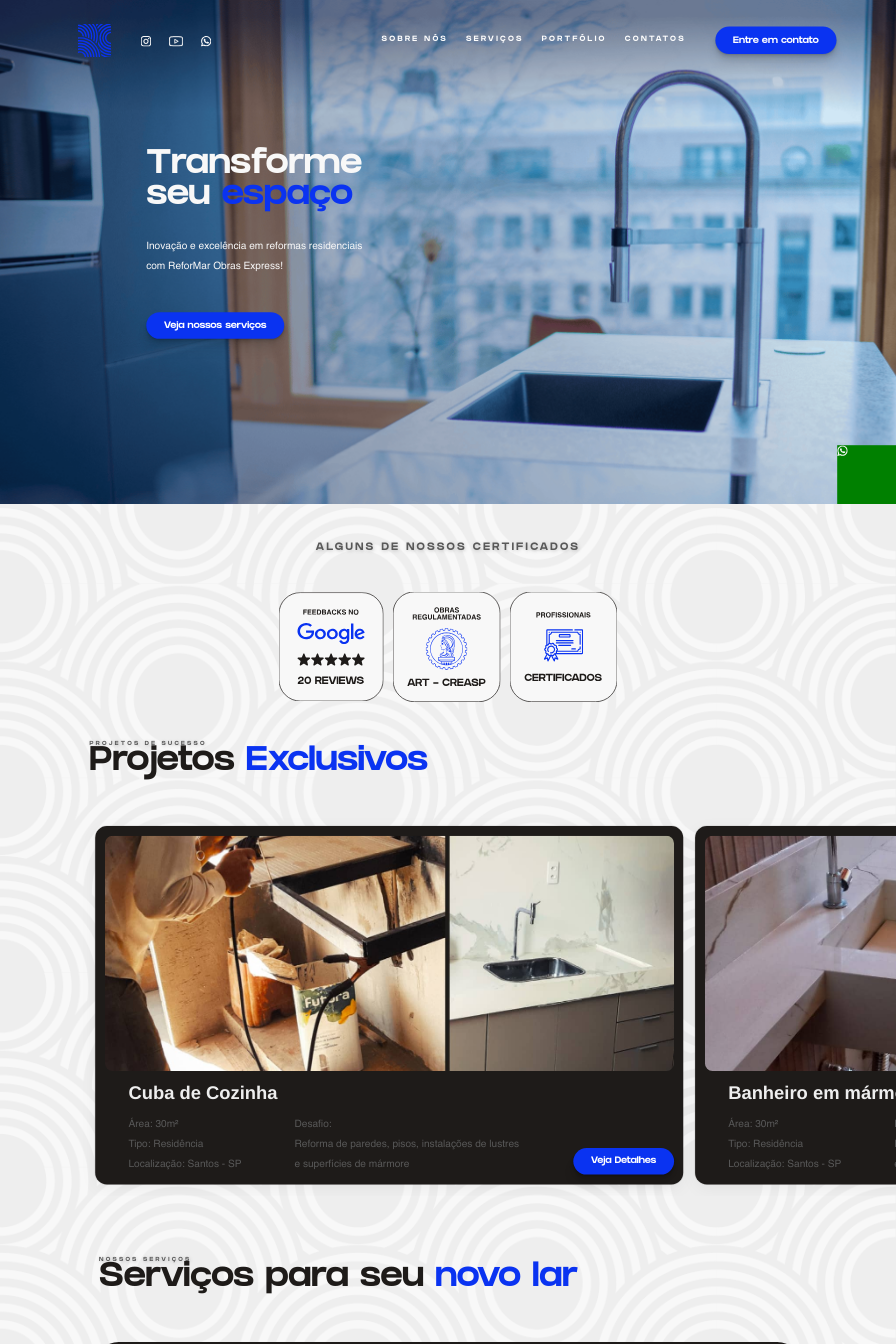
Repository: lucastdcs/ReforMar
Page: /
An editor plug-in stored every save of this project. The page is shown before and after the next save, followed by the edit.
The browser window is 1280 px wide. The pictures show the part of the page from y = 0 to 1920 px (the page is 9722 px tall), at 70% of full size.
Backgrounds fixed to the window are drawn as part of the page. The project was rebuilt for these pictures with package versions that can differ from the ones it lists, and the page was loaded fresh each time. Also part of the build but not shown: vite.config.js, src/Components/EmailPopUp/EmailPopUp.styled.js, src/Components/EmailPopUp/EmailPopUp.jsx, src/Components/Carrousel/Carousel.styled.js, src/Components/Carrousel/Carousel.jsx, src/Components/ServicesCardImg/ServicesCardImg.styled.js, src/Components/ServicesCardImg/ServicesCardImg.jsx, src/Pages/Servicos.jsx and 4 more.

Above is the page before, as saved 2025-01-03 23:50:22.

### index.html
<!doctype html>
<html lang="pt-br">

<head>
  <meta charset="UTF-8" />
  <meta name="viewport" content="width=device-width, initial-scale=1.0" />

  <!-- Favicon -->
  <link rel="icon" href="/Favicon.svg" type="image/svg+xml">
  <link rel="shortcut icon" href="/Favicon.svg" type="image/svg+xml">

  <!-- SEO Meta Tags -->
  <meta name="description"
    content="A ReforMar - Obras Express oferece serviços rápidos e eficientes de reforma e construção. Confie em nossa equipe especializada para transformar seu espaço com qualidade e agilidade.">
  <meta name="keywords"
    content="reforma, construção, obras express, reforma residencial, reforma comercial, reformas rápidas, qualidade, agilidade, ReforMar">
  <meta name="author" content="ReforMar - Obras Express">

  <!-- Open Graph Meta Tags -->
  <meta property="og:title" content="ReforMar - Reformas e Construções Rápidas">
  <meta property="og:description"
    content="A ReforMar - Obras Express oferece serviços rápidos e eficientes de reforma e construção. Confie em nossa equipe especializada para transformar seu espaço com qualidade e agilidade.">
  <meta property="og:image" content="https://reformarobrasexpress.com.br/assets/image1-Bzcdwp6d.jpg">
  <meta property="og:url" content="https://reformarobrasexpress.com.br">
  <meta property="og:type" content="website">
  <meta property="og:locale" content="pt_BR">

  <!-- Twitter Meta Tags -->
  <meta name="twitter:card" content="summary_large_image">
  <meta name="twitter:title" content="ReforMar - Reformas e Construções Rápidas">
  <meta name="twitter:description"
    content="A ReforMar - Obras Express oferece serviços rápidos e eficientes de reforma e construção. Confie em nossa equipe especializada para transformar seu espaço com qualidade e agilidade.">
  <meta name="twitter:image" content="https://reformarobrasexpress.com.br/assets/image1-Bzcdwp6d.jpg">

  <meta property="og:title" content="Reformar Obras Express">
  <meta property="og:description" content="Serviços rápidos de reforma e construção.">
  <meta property="og:image" content="https://reformarobrasexpress.com.br/assets/image1-Bzcdwp6d.jpg">
  <meta property="og:url" content="https://reformarobrasexpress.com.br/">
  <meta property="og:type" content="website">

  <!-- Title -->
  <title>ReforMar - Reformas e Construções Rápidas</title>

</head>

<body>
  <div id="root"></div>
  <div id="portal"></div>
  <script type="module" src="/src/main.jsx"></script>
</body>

</html>

### src/index.css
@import './assets/styles/base/fonts.css';
@import './assets/styles/base/variables.css';

:root {

  color: rgb(248, 248, 248);
  background-color: var(--off-white);


  font-synthesis: none;
  text-rendering: optimizeLegibility;
  -webkit-font-smoothing: antialiased;
  -moz-osx-font-smoothing: grayscale;
}

*,
*::before,
*::after {
  box-sizing: border-box;
  margin: 0;
  padding: 0;
}

html {
  font-size: 52.5%;
  scroll-behavior: smooth;
}

body {
  overflow-x: hidden;
  display: flex;
  justify-content: center;
  align-items: center;
  margin: 0;
  padding: 0;
  width: 100vw;
  background-image: url("./assets/imgs/Grafismo.png");
  background-repeat: repeat-y;
  background-attachment: fixed;
  background-size: contain;
}


::-webkit-scrollbar {
  width: 1.5rem;
  height: 1.5rem;
}

::-webkit-scrollbar-track {
  background: var(--sb-track-color);
  border-radius: 10px;
}

::-webkit-scrollbar-thumb {
  background: var(--sb-thumb-color);
  border-radius: 10px;
}

/* Estilizando a barra de rolagem para navegadores que não suportam WebKit */
@supports not selector(::-webkit-scrollbar) {
  body {
    scrollbar-color: var(--sb-thumb-color) var(--sb-track-color);
  }
}

.slide-in {
  position: fixed;
  top: 0;
  left: 0;
  width: 100%;
  height: 100vh;
  background-color: red;



  transform-origin: bottom;
}

.slide-out {
  position: fixed;
  top: 0;
  left: 0;
  width: 100%;
  height: 100vh;
  background-color: red;
  transform-origin: top;
}

.project_title {
  margin: 0 0.5rem;
}

### src/Components/Footer/Footer.jsx
import React from "react";
import { StyledContainer, Legal } from "./Footer.styled";
import instagram from "../../assets/icons/instagram.svg";
import whatsapp from "../../assets/icons/whatsapp.svg";
import youtube from "../../assets/icons/youtube.svg";
import logo from "../../assets/icons/logo-simbolo.svg";
import { Text } from "../../assets/styles/typography.styled";

const Footer = () => {
  return (
    <>
      <StyledContainer>
        <div className="wrapper">
          <div className="socials_wrapper">
            <span>
              <a href="https://www.instagram.com/reformarobras/">
                <img src={instagram} alt="Logo do Instagram" />
              </a>
              <a href="https://www.youtube.com/@reformarobrasexpress">
                <img src={youtube} alt="Logo do Youtube" />
              </a>
              <a href="">
                <img src={whatsapp} alt="Logo do Whatsapp" />
              </a>
            </span>
            <img src={logo} alt="" />
          </div>
          <ul>
            <li className="list_title">
              <Text>Empresa</Text>
            </li>
            <li>
              <a href="/sobreNos">
                <Text>Sobre Nós</Text>
              </a>
            </li>
            <li>
              <a href="/servicos">
                <Text>Serviços</Text>
              </a>
            </li>
            <li>
              <a href="/contato">
                <Text>Contatos</Text>
              </a>
            </li>
          </ul>
          <ul>
            <li className="list_title">
              <Text>Legal</Text>
            </li>
            <li>
              <Text>Política e Privacidade</Text>
            </li>
            <li>
              <Text>Termos de uso</Text>
            </li>
          </ul>
          <ul>
            <li className="list_title">
              <Text>Contatos</Text>
            </li>
            <li>
              <Text>atendimento@reformarobrasexpress.com.br</Text>
            </li>
            <li>
              <Text>(11) 93961-2000</Text>
            </li>
            <li>
              <Text>(13) 98220-2000</Text>
            </li>
            <li>
              <Text>São Paulo - SP</Text>
            </li>
            <li>
              <Text>São Vicente - SP</Text>
            </li>
          </ul>
        </div>
      </StyledContainer>
      <Legal>
        <Text>© 2024 ReforMar Obras Express. All rights reserved.</Text>
      </Legal>
    </>
  );
};

export default Footer;

### src/Components/WhatsappButton/WhatsappButton.jsx
import React from 'react';
import whatsappIcon from '../../assets/icons/whatsapp.svg';
import styled from 'styled-components';

export const WhatsappButton = () => {
  const WhatsappMainBtn = styled.a`
      width: 10rem;
      height: 10rem;
      position: absolute;
      right: 0;
      bottom: 0;
      background-color: green;

      img {
        object-fit: cover      }
  `
  return (
    <div>
        <WhatsappMainBtn href="https://wa.me/5511939612000">
            <img src={whatsappIcon} alt="Ícone do WhatsApp"/>
        </WhatsappMainBtn>
    </div>
  )
}

### src/assets/styles/base/fonts.css
@import './variables.css';

@font-face {
    font-family: 'Grifter';
    src: url('../../fonts/GRIFTERBold.woff2') format('woff2');
    font-weight: bold;
    font-style: normal;
    font-display: swap;
  }

@font-face {
    font-family: 'Helvetica';
    src: url('../../fonts/Helvetica.woff2') format('woff2');
    font-weight: normal;
    font-style: normal;
    font-display: swap;
  }

### src/assets/styles/base/variables.css
@import './fonts.css';

:root {
  /* Cores */
  --color-primary: #0590FA;
  --color-secondary: #0567F8;
  --color-tertiary: rgb(10, 51, 241);
  --color-error: #F85C5C;
  --off-white: #EEEEEE;
  --grey1: #B5B5B5;
  --grey: #585858;
  --grey-shadow: rgb(88, 88, 88, 0.3);
  --black: rgb(30, 27, 25);
    /* Fontes */
    --font-family-grifter: 'Grifter', sans-serif;
  --font-family-helvetica: 'Helvetica', sans-serif;

  /* scroll bar */

  --sb-track-color: #B5B5B5;
  --sb-thumb-color: #0a33f1;
  --sb-size: 12px;


  /* Tamanhos de Fonte */
  --font-size-h1: 16rem;
  --font-size-h2: 10rem;
  --font-size-h3: 5rem;
  --font-size-h4: 4.5rem;
  --font-size-h5: 4rem;
  --font-size-h6: 2rem;
  --font-size-h7: 1.8rem;
  --font-size-label15: 1.5rem;
  --font-size-label10: 1rem;

  /* Tamanhos de Fonte Mobile */
  --font-size-mh1: 8rem;
  --font-size-mh2: 5rem;
  --font-size-mh3: 2.6rem;
  --font-size-mh4: 2.2rem;
  --font-size-mh5: 2rem;
  --font-size-mh6: 1.8rem;
  --font-size-mh7: 2rem;
  --font-size-mp: 1.6rem;
  --font-size-mlabel1: 1rem;
  --font-size-mlabel2: 0.8rem;
  --font-size-mbutton: 1.2rem;

  /* Espaçamentos */
  --spacing-200: 200%;
  --spacing-160: 160%;
  --spacing-100: 100%;
  --spacing-90: 90%;

}

### src/Components/Button/Button.jsx
import React from "react";
import StyledButton from "./Button.styled.js";
import {useNavigate} from 'react-router-dom'

const Button = (props) => {

  const navigate = useNavigate();

  const handleClick = () => {
    if (props.onClick) {
      props.onClick();
    } else if (props.destino) {
      navigate(`/${props.destino}`)
      window.scrollTo(0, 0);
    }
  }

  // const redirect = () => {
  //   navigate(`${'/' + props.destino}`);
  // };

  return (
    <StyledButton
      whileHover={{ scale: 0.95 }}
      transition={{ type: "spring", stiffness: 400, damping: 10 }}
      whileTap={{ scale: 1 }}
      id="btn_contact"
      className={props.className}
      variantType={props.variantType}
      type={props.type}
      onClick={handleClick}
    >
      {props.texto}
    </StyledButton>
  );
};

export default Button;

### src/Components/Titles/Titles.jsx
import React from "react";
import { LabelTitle } from "../../assets/styles/typography.styled.js";
import { H2 } from "../../assets/styles/typography.styled.js";


const Titles = (props) => {

  return (
    <>
      <LabelTitle  className="project_title small">{props.text_label}</LabelTitle>
      <H2 className="project_title big">{props.text_title} <span>{props.text_span}</span></H2>
    </>
  );
};

export default Titles;

### src/Components/Card/Card.jsx
import React, { useState, useEffect, lazy, Suspense } from "react";

const LazyOverlay = lazy(() => import("../ProjectsOverlay/ProjectsOverlay"));

import { StyledCard } from "./Card.styled";
import Button from "../Button/Button";
import { H5 } from "../../assets/styles/typography.styled";
import { Text } from "../../assets/styles/typography.styled";

const Card = (props) => {

  const [showOverlay, setShowOverlay] = useState(false);
  const toggleOverlay = () => {
    setShowOverlay(!showOverlay);
    console.log("toggle ativado");
  };

  useEffect(() => {
    if (showOverlay) {
      document.body.style.overflow = 'hidden';
    } else {
      document.body.style.overflow = '';
    }
    return () => {
      document.body.style.overflow = '';
    };
  }, [showOverlay]);

  return (
    <div>
      <StyledCard className={props.className}>
        <img src={props.img} alt="" />

        <div className="card_wrapper">
          <H5 className="title">{props.title}</H5>
          <Text className="text1">
            Área: {props.area} <br />
            Tipo: {props.type} <br />
            Localização: {props.location}
            <br />
          </Text>
          <Text className="text2">
            Desafio: <br />
            {props.description}
          </Text>
          <Button
            texto="Veja Detalhes"
            className="btn"
            onClick={props.overlay ? toggleOverlay : null}
            destino={!props.overlay ? props.destino : null}
          />
        </div>
      </StyledCard>
      {showOverlay && <Suspense><LazyOverlay {...props} onClick={toggleOverlay} images={props.images} rating={props.rating}/></Suspense>}
    </div>
  );
};

export default Card;

### src/Components/ServicesCard/ServicesCard.jsx
import React from "react";
import { StyledServicesCard } from "./ServicesCard.styled";
import Button from "../Button/Button";
import { H4 } from "../../assets/styles/typography.styled";
import { Text } from "../../assets/styles/typography.styled";

const ServicesCard = (props) => {
  return (
    <>
      <StyledServicesCard>
        <span>
          <img src={props.icon} />
        </span>

        <H4>{props.title}</H4>
        <Text>{props.text}</Text>
        <div>
          <Button texto="Entre em contato" variantType="outline" destino="contato" />
          <Button texto="Veja nosso portfólio" destino="portfolio"/>
        </div>
      </StyledServicesCard>
    </>
  );
};

export default ServicesCard;

### src/Components/Badges/Badges.jsx
import React from "react";
import StyledContainer from "./Badges.styled";
import certificadosBadge from "../../assets/badges/Badge (2).svg";
import googleBadge from "../../assets/badges/certificados.svg";
import creaspBadge from "../../assets/badges/creasp.svg";

const Badges = (props) => {
  return (
    <>
      <StyledContainer className={props.className}>
        <figure>
          {" "}
          <img src={googleBadge} alt="" draggable="false"/>
        </figure>
        <figure>
          <img src={creaspBadge} alt="" draggable="false"/>
        </figure>
        <figure>
          <img src={certificadosBadge} alt="" draggable="false"/>
        </figure>
      </StyledContainer>
    </>
  );
};

export default Badges;

### src/Components/MotionCarousel/MotionCarousel.jsx
import React, { useRef, useState, useEffect } from "react";
import { StyledCarouselNew, Inner, Item } from "./MotionCarousel.styled";
import { filterProps } from "framer-motion";

const CarouselNew = ({ children, className }) => {
  const carousel = useRef();
  const [width, setWidth] = useState(0);

  const updateWidth = () => {
    if (carousel.current) {
      const scrollWidth = carousel.current.scrollWidth;
      const offsetWidth = carousel.current.offsetWidth;
      setWidth(scrollWidth - offsetWidth);
    }
  };

  useEffect(() => {
    updateWidth();
    window.addEventListener("resize", updateWidth);
    return () => window.removeEventListener("resize", updateWidth);
  }, []);

  return (
    <>
      <StyledCarouselNew ref={carousel} whileTap={{ cursor: "grabbing" }}>
        <Inner className={className} drag="x" dragConstraints={{ right: 0, left: -width }}>
          {React.Children.map(children, (child, index) => (
            <Item key={index}>{child}</Item>
          ))}
        </Inner>
      </StyledCarouselNew>
    </>
  );
};

export default CarouselNew;

### src/Components/FeedbackSection/FeedbackSection.jsx
import React from "react";
import { StyledContainer } from "./FeedbackSection.styled";
import Titles from "../Titles/Titles";
import Carousel from "../Carrousel/Carousel";
import CarouselNew from "../MotionCarousel/MotionCarousel";
import FeedbackCard from "../FeedbackCard/FeedbackCard";
import Button from "../Button/Button";
import Photo from "../../assets/imgs/FBimg.png";
import Eder from "../../assets/imgs/Elder.jpg";

import Vanessa from "../../assets/imgs/Vanessa.jpg";
import Luciana from "../../assets/imgs/Luciana.jpg";

const FeedbackSection = () => {
  return (
    <StyledContainer>
      <Titles
        text_label="feedback de clientes"
        text_title="Ouça de nossos"
        text_span="clientes satisfeitos!"
      />

      <CarouselNew className="fb_carousel_inner">
        <FeedbackCard rating={4} photo={Photo} name="Paso Import" type="empresa" date="JUN/2024" text="Empresa profissional e rápida. A equipe do Rodrigo é prestativa. Serviço
        excelente. Valeu o preço. Fiquei surpreendido e recomendo!"/>
        <FeedbackCard rating={5} photo={Eder} name="Eder Espacini" type="técnico" date="JUN/2024" text="Foi um ótimo atendimento, rápido, preciso e de qualidade. a equipe de Rodrigo foi excelente!"/>
        <FeedbackCard rating={4} photo={Luciana} name="Luciana Rocha" type="-" date="MAR/2024" text="Ótima empresa! Profissionalismo nota 10. Equipe do Rodrigo Vitor me deram todo suporte antes, durante e depois."/>
        <FeedbackCard rating={5} photo={Vanessa} name="Vanessa Oliveira" type="-" date="JUN/2024" text="Foram rápidos para atender a minha demanda, e trabalho feito com excelência."/>

      </CarouselNew>

      <Button texto="Entre em contato" destino="contato"/>
    </StyledContainer>
  );
};

export default FeedbackSection;

### src/Components/NumbersSection/NumbersSection.jsx
import React from "react";
import {StyledContainer} from "./NumbersSection.styled";
import NumbersGrid from "../NumbersGrid/NumbersGrid";
import Titles from "../Titles/Titles";
import Button from "../Button/Button";

const NumbersSection = () => {
  return (
    <StyledContainer>
      <Titles text_label="" text_title="Nossos" text_span="Números:" />
      <NumbersGrid />
      <Button texto="Entre em contato" destino="contato"/>
    </StyledContainer>
  );
};

export default NumbersSection;

### src/Components/FeedbackCard/FeedbackCard.jsx
import React from "react";
import StyledContainer from "./FeedbackCard.styled";
import { H7, H6, Label, Text } from "../../assets/styles/typography.styled";


const StarIcon = ({ filled }) => (
  <svg
    width="20"
    height="20"
    viewBox="0 0 24 24"
    fill="none"
    xmlns="http://www.w3.org/2000/svg"
  >
    <path
      d="M12 17.27L18.18 21l-1.64-7.03L22 9.24l-7.19-.61L12 2 9.19 8.63 2 9.24l5.46 4.73L5.82 21z"
      fill={filled ? "#0A33F1" : "#1E1B19"}
    />
  </svg>
);

const StarRating = ({ rating }) => {
  const stars = Array.from({ length: 5 }, (_, index) => (
    <StarIcon key={index} filled={index < rating} />
  ));

  return <div style={{ display: 'flex' }}>{stars}</div>;
};

const FeedbackCard = (props) => {
  return (
    <StyledContainer>
      <img src={props.photo} className="fb_photo" />
      <H7 className="fb_name">{props.name}</H7>
      <Label className="fb_type">{props.type}</Label>
      <span className="fb_stars">
        <StarRating rating={props.rating} />
      </span>
      <H6 className="fb_date">{props.date}</H6>
      <Text className="fb_comentary">{props.text}</Text>
    </StyledContainer>
  );
};

export default FeedbackCard;

### src/Components/Values/Values.jsx
import React from "react";
import { Text } from "../../assets/styles/typography.styled.js";
import { H4 } from "../../assets/styles/typography.styled.js";
import { StyledContainer } from "./Values.styled.js";

const Values = (props) => {
  return (
    <StyledContainer className={props.className}>
      <span><img src={props.icon}/></span>
      <H4>{props.title}</H4>
      <Text>{props.text}</Text>
    </StyledContainer>
  );
};

export default Values;

### src/Components/NumbersGrid/NumbersGrid.jsx
import React from "react";
import { StyledNumbersGrid } from "./NumbersGrid.styled";
import NumbersCard from "../NumbersCard/NumbersCard";

const NumbersGrid = () => {
  return (
    <StyledNumbersGrid>
      <NumbersCard item="card1" number="9+">
        Colaboradores <br /> no Time
      </NumbersCard>
      <NumbersCard item="card2" number="2+ anos" align="right">
        No mercado
      </NumbersCard>
      <NumbersCard
        item="card3"
        number="91% dos clientes"
        align="right"
        size="h2"
      >
        Nos recomendam
      </NumbersCard>
      <NumbersCard item="card4" number="25+">
        Projetos lançados
      </NumbersCard>
    </StyledNumbersGrid>
  );
};

export default NumbersGrid

### src/Components/NumbersCard/NumbersCard.jsx
import React from "react";
import { H1 } from "../../assets/styles/typography.styled";
import { H5 } from "../../assets/styles/typography.styled";
import StyledContainer from "./NumbersCard.styled";

const NumbersCard = (props) => {
    return (
        <StyledContainer align={props.align} className={props.item} size={props.size}>
            <H1>{props.number}</H1>
            <H5>{props.children}</H5>
        </StyledContainer>
    );
};

export default NumbersCard;

Loaded but not shown: src/Components/Header/Header.styled.js (236 lines, source omitted); src/assets/styles/typography.styled.js (79 lines, source omitted); src/Components/NumbersGrid/NumbersGrid.styled.js (104 lines, source omitted); src/Components/ContactUs/ContactUs.styled.js (95 lines, source omitted); src/Components/Card/Card.styled.js (83 lines, source omitted); src/Components/Footer/Footer.styled.js (78 lines, source omitted); src/Components/ValuesSection/ValuesSection.styled.js (68 lines, source omitted); src/Components/Form/Form.styled.js (67 lines, source omitted); src/Components/FeedbackCard/FeedbackCard.styled.js (65 lines, source omitted); src/Components/NumbersCard/NumbersCard.styled.js (54 lines, source omitted); src/Components/Button/Button.styled.js (32 lines, source omitted); src/Components/ServicesCard/ServicesCard.styled.js (57 lines, source omitted); src/Components/MotionCarousel/MotionCarousel.styled.js (25 lines, source omitted); src/Components/FeedbackSection/FeedbackSection.styled.js (32 lines, source omitted); src/Components/Badges/Badges.styled.js (24 lines, source omitted); src/Components/Values/Values.styled.js (16 lines, source omitted); src/Components/NumbersSection/NumbersSection.styled.js (11 lines, source omitted); src/Pages/Início.jsx (247 lines, source omitted); src/Components/ContactUs/ContactUs.jsx (106 lines, source omitted); src/Components/Form/Form.jsx (167 lines, source omitted); src/Components/ValuesSection/ValuesSection.jsx (68 lines, source omitted); src/Components/Header/Header.jsx (84 lines, source omitted); src/main.jsx (97 lines, source omitted)

After the next save:
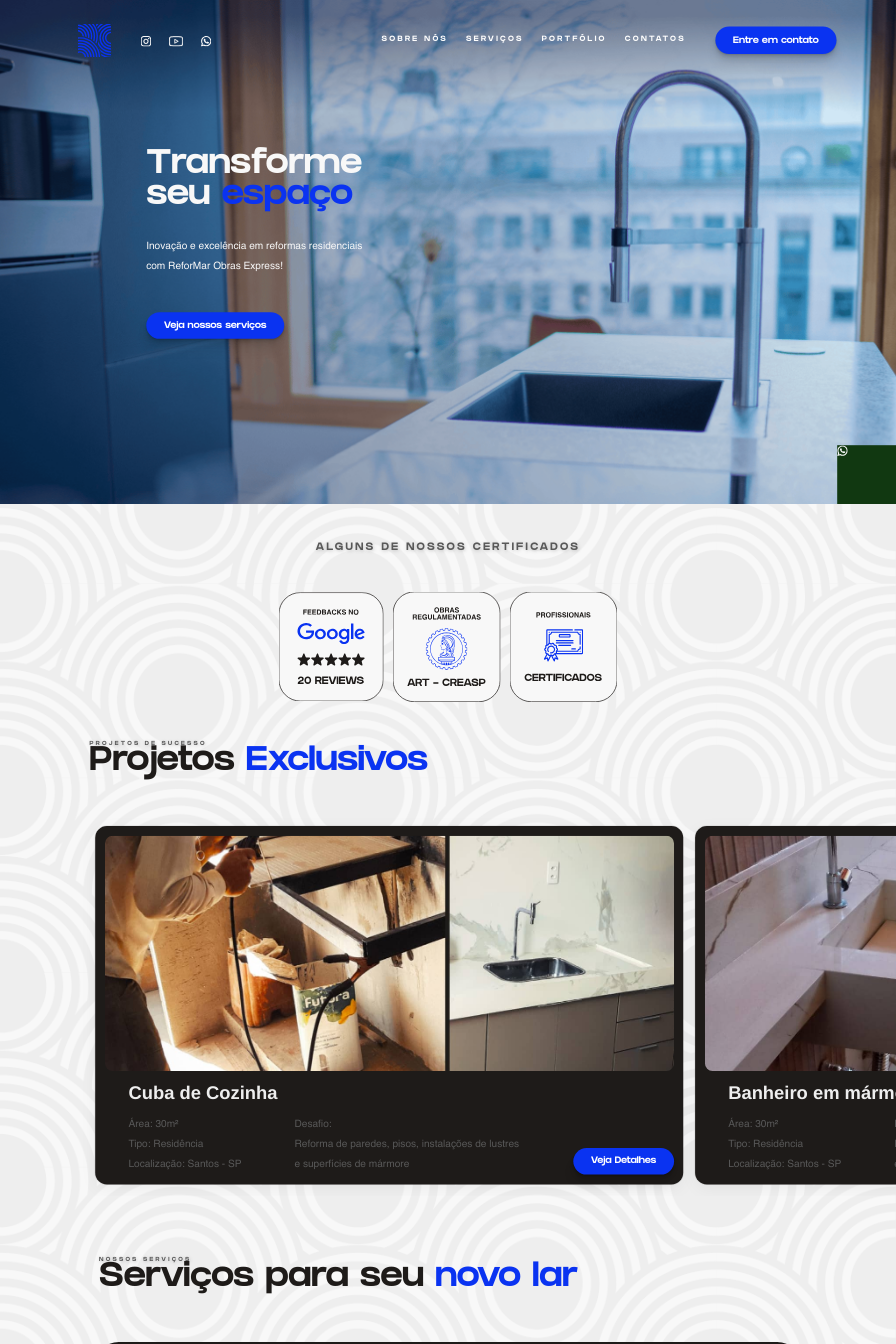
Saved 21 s later.
--- a/src/Components/WhatsappButton/WhatsappButton.jsx
+++ b/src/Components/WhatsappButton/WhatsappButton.jsx
@@ -9,7 +9,7 @@ export const WhatsappButton = () => {
       position: absolute;
       right: 0;
       bottom: 0;
-      background-color: green;
+      background-color: #113811;
 
       img {
         object-fit: cover      }
